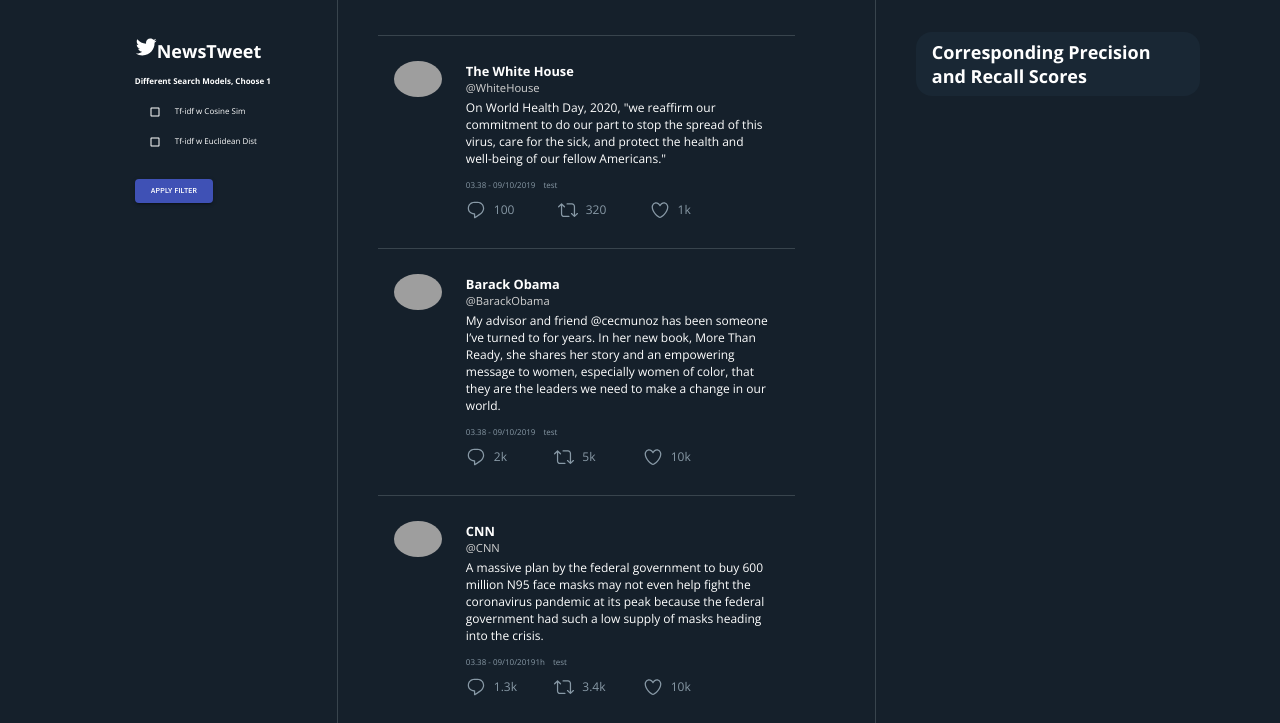
Repository: Dustyik/TwitterAIproj
Page: / (app in FrontEnd/)
The author's editor kept a copy of each file at every save. The page is drawn from the files as they stood at one save, then again after the next save.
The browser window is 1280 px wide. The pictures show the whole page.
Pictures or frames that could not be fetched are drawn as grey boxes. The page's requests for data from a server got no answer. The project was rebuilt for these pictures with package versions that can differ from the ones it lists, and the page was loaded fresh each time. No one was signed in, and anything a server would have sent is missing. Also part of the build but not shown: FrontEnd/src/components/trending/Trend.js, FrontEnd/src/components/trending/TrendsList.js, FrontEnd/src/components/trending/FollowSuggestionCard.js, FrontEnd/src/styles/FollowList.css, FrontEnd/src/components/trending/FollowSuggestionsList.js, FrontEnd/src/components/StatusCard.js, FrontEnd/src/pages/Status.js, FrontEnd/src/components/profile/ProfileHead.js and 3 more.

Above is the page before, as saved 2021-08-03 00:30:47.

### FrontEnd/public/index.html
<!DOCTYPE html>
<html lang="en">

<head>
  <meta charset="utf-8" />
  <link rel="icon" href="%PUBLIC_URL%/favicon.ico" />
  <meta name="viewport" content="width=device-width, initial-scale=1" />
  <meta name="theme-color" content="#000000" />
  <meta name="description" content="Web site created using create-react-app" />
  <link rel="apple-touch-icon" href="%PUBLIC_URL%/logo192.png" />
  <link href="https://fonts.googleapis.com/css2?family=Open+Sans:wght@400;700&display=swap" rel="stylesheet">
  <!--
      manifest.json provides metadata used when your web app is installed on a
      user's mobile device or desktop. See https://developers.google.com/web/fundamentals/web-app-manifest/
    -->
  <link rel="manifest" href="%PUBLIC_URL%/manifest.json" />
  <!--
      Notice the use of %PUBLIC_URL% in the tags above.
      It will be replaced with the URL of the `public` folder during the build.
      Only files inside the `public` folder can be referenced from the HTML.

      Unlike "/favicon.ico" or "favicon.ico", "%PUBLIC_URL%/favicon.ico" will
      work correctly both with client-side routing and a non-root public URL.
      Learn how to configure a non-root public URL by running `npm run build`.
    -->
  <title>React App</title>
</head>

<body>
  <noscript>You need to enable JavaScript to run this app.</noscript>
  <div id="root"></div>
  <!--
      This HTML file is a template.
      If you open it directly in the browser, you will see an empty page.

      You can add webfonts, meta tags, or analytics to this file.
      The build step will place the bundled scripts into the <body> tag.

      To begin the development, run `npm start` or `yarn start`.
      To create a production bundle, use `npm run build` or `yarn build`.
    -->
</body>

</html>

### FrontEnd/src/App.js
import React from 'react';
import { BrowserRouter as Router, Route } from 'react-router-dom';
import './App.css';
import { Sidebar } from './components/Sidebar';
import { Home } from './pages/Home';
import { Trending } from './components/trending/Trending';
import { GlobalProvider } from './context/GlobalState';
import { Status } from './pages/Status';
import ScrollToTop from './utils/ScrollToTop';
import { Profile } from './pages/Profile';

function App() {
  return (
    <GlobalProvider >
      <Router >

        <ScrollToTop>
          <div className="App">
            <div className="side-nav">
              <Sidebar />
            </div>
            <div className="main trending">

              <Route exact path="/" component={Home} />
              { /*
              <Route exact path="/:id" component={Profile} />
              <Route exact path="/status/:id" component={Status} />
              */}


            </div>

            <div className="trending">
              <Trending />
            </div>
          </div>
        </ScrollToTop>

      </Router>
    </GlobalProvider>
  );
}

export default App;

### FrontEnd/src/App.css
:root {
    --body-bg        : rgb(21, 32, 43);
    --sky-blue       : rgba(29, 161, 242, 1.00);
    --light          : rgba(255, 255, 2555);
    --grey           : rgb(136, 153, 166);
    --border         : rgb(56, 68, 77);
    --thick-border   : rgb(37, 51, 65);
    --thick-border   : rgb(37, 51, 65);
    --card-background: rgb(25, 39, 52);
}

body {
    background-color: var(--body-bg);
    font-family     : 'Open Sans', sans-serif;
    padding         : 0;
    margin          : 0;
    color           : var(--light);
}

html {
    font-size: 8px;
}

::-webkit-input-placeholder {
    /* Chrome/Opera/Safari */
    font-size  : 2.5rem;
    color      : #9197a3;
    font-weight: 400;
}

::-moz-placeholder {
    /* Firefox 19+ */
    font-size  : 2.5rem;
    color      : #9197a3;
    font-weight: 400;
}

:-ms-input-placeholder {
    /* IE 10+ */
    font-size  : 2.5rem;
    color      : #9197a3;
    font-weight: 400;
}

:-moz-placeholder {
    /* Firefox 18- */
    font-size  : 2.5rem;
    color      : #9197a3;
    font-weight: 400;
}

.App {
    display              : grid;
    grid-template-columns: 2.5fr 4fr 3fr;
}

.side-nav {
    padding-left: 40%;
    padding-top : 3rem;
}

.side-nav svg {
    fill : var(--light);
    width: 2.75rem;
}

.side-nav svg:hover {
    fill: var(--sky-blue);
}

.side-nav-item {
    padding: 2rem 0;

}

.side-nav .side-nav-item .side-nav-text {
    font-size     : 2.25rem;
    font-weight   : 700;
    color         : var(--light);
    padding-left  : 3rem;
    vertical-align: bottom;
}

.avatar {
    display: inline;
}

.avatar img {
    border-radius: 50%;
}


/* helper classes */
.p-0 {
    padding: 0
}


.pl-0 {
    padding-left: 0
}

.p-1 {
    padding: 1rem;
}

.p-2 {
    padding: 2rem
}

.pr-0 {
    padding-right: 0
}

.pb-1 {
    padding-bottom: 1rem;
}

.m-0 {
    margin: 0
}

.mb-0 {
    margin-bottom: 0;
}

.text-center {
    text-align: center;
}

.w-100 {
    width: 100%;
}

.pl-1 {
    padding-left: 1rem;
}

.pr-1 {
    padding-right: 1rem;
}

ul {
    list-style: none;
}

.flex-align-center {
    display    : flex;
    align-items: center;
}

.flex-space-between {
    display        : flex;
    justify-content: space-between;
}

.inline-block {
    display: inline-block;

}


.btn {
    color      : var(--light);
    font-weight: 700;
    cursor     : pointer;
    border     : none;
    background : transparent;
}

.tweet-btn {
    border-radius   : 4rem;
    font-size       : 2rem;
    padding         : 1.5rem;
    background-color: var(--sky-blue);
    width           : 80%;
}

.follow-btn {
    border-radius: 3rem;
    font-size    : 2rem;
    padding      : 0.5rem;
    font-weight  : 700;
    color        : var(--sky-blue);
    border       : 1px solid var(--sky-blue);
}

.pointer {
    cursor: pointer;
}

.bold-dull-para {
    font-size: 1.75rem;
    color    : var(--grey);
}

a {
    text-decoration: none;
    color          : inherit;
}

h1 {
    font-size  : 2.25rem;
    font-weight: 700;
    color      : var(--light);
}

h2 {
    font-size  : 2rem;
    font-weight: 700;
    color      : var(--light);
}

input:focus {
    outline: none;
}

### FrontEnd/src/components/Sidebar.js
import React, {useState, useContext} from 'react';
import { Logo, HomeIcon, ExploreIcon, NotificationIcon, MessageIcon, BookmarkIcon, ListsIcon, MoreIcon } from '../images/svg/svgs';
import { SmallAvatar } from '../images/avatars';
import { Checkbox } from '@material-ui/core';
import { Button } from '@material-ui/core';
import * as API from "../apifunctions"
import { GlobalContext } from '../context/GlobalState'
import { uniqueNamesGenerator, Config, adjectives, colors, animals } from 'unique-names-generator';


const SEARCH_MODELS = ["Tf-idf w Cosine Sim", "Tf-idf w Euclidean Dist"]

export const Sidebar = () => {
    const profImageurl = 'https://pbs.twimg.com/profile_images/1247964769669136385/KVCROk2D_bigger.jpg';
    const [searchModelsLocalState, setSearchModelsLocalState] = useState([])

    const {setSearchModels, searchModels, title, removeAllTweets, addTweet} = useContext(GlobalContext);

    const checkBoxToggled = (event) => {
        const id = event.id
        const checkValue = event.checked

        if (checkValue){
            setSearchModels(id)
            setSearchModelsLocalState(id)
        }
    }

    const applyFilter = () => {
        API.applySearchFilters(searchModels, title.title, title.id).then(
            res => {
                const data = JSON.parse(res.data);
                removeAllTweets()
                console.log(data)


                const relevanceData = data.relevance
                const tweetData = data.text
                const tweetIdData = data.id
                const relatedArticlesData = data.related_article
                for (let i = 0; i < Object.keys(relevanceData).length; i++){
                    let pxSize = 140 + i*3
                    const newTweet = {
                        name: uniqueNamesGenerator({dictionaries: [adjectives, colors, animals]}),
                        tweet: tweetData[i],
                        relevance: relevanceData[i],
                        image: `https://placeimg.com/${pxSize}/${pxSize}/any`
                    }
                    addTweet(newTweet)
                }
            }
        )
    }

    const createCheckBoxes = () =>
        SEARCH_MODELS.map((e) => {

            return (
                <div>
                <Checkbox
                size = "medium"
                id = {e}
                onChange = {(e) => checkBoxToggled(e.target)}
                checked = {searchModelsLocalState == e}
                >
                </Checkbox>
                {e}

                </div>
            )
        }
    )


    const checkBoxes = createCheckBoxes()

    return (
        <div>
            <div className="side-nav-header">

                <h1>
                <Logo />
                    NewsTweet
                </h1>
            </div>
            <h4>
                Different Search Models,
                Choose 1
            </h4>



            {checkBoxes}

            <div>
                &nbsp;
            </div>
            <div>
                &nbsp;
            </div>

            <Button
                onClick = {applyFilter}
                variant="contained" color="primary">
                Apply Filter
            </Button>



        </div>
    )
}

### FrontEnd/src/components/trending/Trending.js
import React from 'react';
import '../../styles/Trending.css';
import { SearchIcon } from '../../images/svg/svgs'
import { TrendsList } from './TrendsList';
import { FollowSuggestionsList } from './FollowSuggestionsList';


export const Trending = () => {
    return (
        <>
            <div>

                <div className="trends-list m-0">
                    {/*
                    <TrendsList />
                    */}
                    <h1>
                    Corresponding Precision and Recall Scores
                    </h1>
                </div>
                {/*
                <div className="follow-list">
                    <FollowSuggestionsList />
                </div>
                */}
            </div>
        </>
    )
}

### FrontEnd/src/utils/ScrollToTop.js
import React, { useEffect, Fragment } from 'react';
import { withRouter } from 'react-router-dom';

function ScrollToTop({ history, children }) {
    useEffect(() => {
        const unlisten = history.listen(() => {
            window.scrollTo(0, 0);
        });
        return () => {
            unlisten();
        }
    }, []);

    return <Fragment>{children}</Fragment>;
}

export default withRouter(ScrollToTop);

### FrontEnd/src/images/avatars.js
import React from 'react'

export const SmallAvatar = ({ width, image }) => {
    return (
        <div className="avatar">
            <img width={width} src={image} alt="avatar" />
        </div>
    )
}

### FrontEnd/src/apifunctions.js
import axios from 'axios';

export const getTweets = () => {
    return axios.get("http://localhost:5000/getTweets")
}

export const applySearchFilters = (data, title, id) => {
    return axios.post("http://localhost:5000/applySearchModels", {
            data: data,
            queryTitle: title,
            articleId: id

        }
    )
}

### FrontEnd/src/styles/Main.css
/* main styles */
.main {
    border-left : 1px solid var(--border);
    border-right: 1px solid var(--border);
    ;
}

.home {
    padding-left : 2.5rem;
    border-bottom: 1px solid var(--border);
}

.new-tweet {
    padding              : 1rem;
    display              : grid;
    grid-template-columns: 1fr 9fr;
    border-bottom        : 1rem solid var(--thick-border);
}

.new-tweet .left,
.right {
    padding: 0 1rem;
}

.new-tweet input {
    padding    : 2rem 0;
    background : transparent;
    border     : none;
    color      : var(--light);
    font-size  : 2rem;
    font-weight: 700;
}

.new-tweet-options {
    padding-right  : 1rem;
    display        : flex;
    justify-content: space-between;
    align-items    : center;
}

.new-tweet .add-icons {
    margin-right: 1rem;
}

.new-tweet .add-icons svg {
    width  : 3rem;
    fill   : var(--sky-blue);
    padding: 1rem;
}

.new-tweet .add-icons svg:first-child {
    padding-left: 0;
}

### FrontEnd/src/components/TweetList.js
import React, { useContext } from 'react'
import TweetCard from './TweetCard'
import { GlobalContext } from '../context/GlobalState'

export const TweetList = () => {
    const { tweets } = useContext(GlobalContext);

    return (
        <>
            {tweets.map((tweet, index) => (<TweetCard key={index} tweet={tweet} />))}
        </>
    )
}

### FrontEnd/src/styles/Trending.css
.trending {
    padding: 1rem 10rem 1rem 5rem;
}

.trending .search-box {
    width     : 100%;
    background: transparent;

    background-color: var(--thick-border);
    border-radius   : 5rem;
    border          : none;
}

.trending .search-box svg {
    width       : 3rem;
    fill        : var(--grey);
    padding-left: 1rem;

}

.trending .search-box input {
    padding   : 1.5rem;
    font-size : 2rem;
    width     : 100%;
    background: transparent;
    border    : none;
    color     : var(--light);
}

.trends-list {
    background-color: var(--card-background);
    border-radius   : 2rem;
    margin-top      : 3rem;
}

.trends-list h1 {
    padding: 1rem 2rem;

}

.trends-for-you {
    padding-right: 1rem;
}

.trends-for-you svg {
    width: 3.5rem;
    fill : var(--sky-blue);
}

.trends-card {
    border-top   : 1px solid var(--border);
    border-bottom: 1px solid var(--border);
    padding      : 2rem;
}

.trends :last-child {
    border-bottom: none;
}

.trends-topic {
    font-size: 1.5rem;
    color    : var(--grey);
}

.trend-tweet-count {
    font-size: 1.75rem;
    color    : var(--grey);
}



.trending ::-webkit-input-placeholder {
    /* Chrome/Opera/Safari */
    font-size  : 2rem;
    color      : #9197a3;
    font-weight: 400;
}

.trending ::-moz-placeholder {
    /* Firefox 19+ */
    font-size  : 2rem;
    color      : #9197a3;
    font-weight: 400;
}

.trending :-ms-input-placeholder {
    /* IE 10+ */
    font-size  : 2rem;
    color      : #9197a3;
    font-weight: 400;
}

.trending :-moz-placeholder {
    /* Firefox 18- */
    font-size  : 2rem;
    color      : #9197a3;
    font-weight: 400;
}

### FrontEnd/src/context/AppReducer.js
const MAX = 30
const MIN = 0

export default (state, action) => {
    switch (action.type) {
        case 'DELETE_TRANSACTION':
            return {
                ...state,
                transactions: state.transactions.filter(transaction => transaction.id !== action.payload)
            }
        case 'ADD_TWEET':
            const newTweet = {
                user: {
                    name: action.payload.name,
                    image: action.payload.image,
                    handle: `@${action.payload.name}`,
                },
                tweet: {
                    content: action.payload.tweet,
                    image: null,
                    comments: Math.floor(Math.random()*(MAX-MIN)+MIN),
                    retweets: Math.floor(Math.random()*(MAX-MIN)+MIN),
                    likes: Math.floor(Math.random()*(MAX-MIN)+MIN),
                    relevance: action.payload.relevance
                }
            };
            return {
                ...state,
                tweets: [...state.tweets, newTweet]
            }

        case "SET_TWEETS":
            return {
            ...state,
            tweets: action.payload
        }

        case "SET_SEARCH_MODEL":
            return {
            ...state,
            searchModels: action.payload
        }

        case "REMOVE_ALL_TWEETS":
            return {
            ...state,
            tweets: []
        }


        default:
            return state
    }
}

### FrontEnd/src/components/TweetCard.js
import React, { Component } from 'react';
import '../styles/TweetCard.css';
import { SmallAvatar } from '../images/avatars'
import { TweetCommentIcon, TweetRetweetIcon, TweetLikeIcon, TweetSendIcon } from '../images/svg/svgs';
import { Link } from 'react-router-dom';

export default class TweetCard extends Component {
    tweet = this.props.tweet;
    profImageurl = 'https://pbs.twimg.com/profile_images/1247964769669136385/KVCROk2D_bigger.jpg';

    handleRouting = (e) => {
        // e.preventDefault();
        // debugger
        // this.props.history.push('data')
    }
    render() {
        return (
            <div className="tweet-card">
                <div className="left">
                    <SmallAvatar width="48" image={this.tweet.user.image} />
                </div>
                <div className="right">
                    <div className="tweet-card-head">
                        <span className="tweet-card-name" >{this.tweet.user.name}</span>
                    </div>
                    <span className="tweet-card-handle">{this.tweet.user.handle}</span>

                    <div className="tweet-card-body">

                    <div className="tweet-card-content">
                        <p className="m-0">{this.tweet.tweet.content}</p>
                    </div>

                    <span className="tweet-card-time">
                        03.38 - 09/10/2019{this.tweet.tweet.time}
                        <span className="tweet-card-shotoniphone">
                            test
                        </span>
                    </span>



                    <div className="tweet-card-footer">
                        <span className="flex-align-center"><TweetCommentIcon /> <span className="tweet-cars-icon">{this.tweet.tweet.comments}</span></span>
                        <span className="flex-align-center"><TweetRetweetIcon /><span className="tweet-cars-icon">{this.tweet.tweet.retweets}</span></span>
                        <span className="flex-align-center"><TweetLikeIcon /><span className="tweet-cars-icon">{this.tweet.tweet.likes}</span></span>
                        { /*<span className="flex-align-center"><TweetSendIcon /></span> */}
                        </div>
                    </div>
                </div>
            </div>
        )
    }
}

### FrontEnd/src/styles/StatusCard.css
.tweets {}

.status-card {
    /* padding              : 1rem;
    display                 : grid;
    grid-template-columns   : 1fr 9fr; */
    border-bottom           : 0.5px solid var(--border);
    border-top              : 0.5px solid var(--border);

}

.status-card .left,
.right {
    padding: 2rem;
}

.status-card .left {
    display    : flex;
    align-items: center;

}

.status-card .right {
    padding-top: 0;
}

.status-card .status-card-name {
    font-size    : 2rem;
    font-weight  : 700;
    padding-right: 1rem;
}

.status-card .status-card-handle,
.status-card-time {
    font-size: 1.5rem;
    color    : var(--grey);
}

.status-card .status-card-body .status-card-content p {
    font-size : 2.5rem;
    margin-top: .5rem;
}

.status-card .status-card-body .status-card-image {
    margin-top: 2rem;
}

.status-card .status-card-body .status-card-image img {
    width        : 100%;
    border-radius: 20px;
}

.status-card .status-card-footer {
    padding-right: 10rem;
    display      : flex;

    justify-content: space-around;
    padding-top    : 1rem;
    width          : 100%;
}

.status-card .status-card-footer svg {
    fill : var(--grey);
    width: 2.5rem;
}

.status-card .status-card-footer .tweet-cars-icon {
    line-height : 2;
    font-size   : 1.5rem;
    color       : var(--grey);
    padding-left: 1rem;
}

.status {
    display    : flex;
    align-items: center;
    padding    : 0 2rem;
    display    : flex;
    align-items: center;
}

.status h1 {
    display     : inline-block;
    padding-left: 1rem;
}

.status svg {
    width: 4rem;
    fill : var(--sky-blue);
}

### FrontEnd/src/styles/TweetCard.css


.tweet-card {
    padding              : 1rem;
    display              : grid;
    grid-template-columns: 1fr 9fr;
    border-top           : 0.5px solid var(--border);

}

.left{
    padding: 0 1rem;
    margin-top: 25px;
}

.tweet-card-shotoniphone{
    margin-left: 1rem;
}

.tweet-card-time {
    display:inline-block;
    padding-top: 1.5rem;
    font-size: 1rem;
    color    : var(--grey);
}

.tweet-card, .right {
    padding: 0 1rem;
    margin-top: 10px;
}

.tweet-card .tweet-card-head .tweet-card-name {
    font-size    : 1.6rem;
    padding-right: 1rem;
    font-weight: bold;
}

.tweet-card .tweet-card-head .tweet-card-name:hover {
    text-decoration: underline;
}

.tweet-card-handle {
    font-size    : 1.4rem;
    padding-right: 1rem;
    font-weight: lighter;
    color: lightgray;
}

.tweet-card .tweet-card-body .tweet-card-content p {
    font-size : 1.5rem;
    margin-top: .5rem;
}

.tweet-card .tweet-card-body .tweet-card-image {
    margin-top: 2rem;
}

.tweet-card .tweet-card-body .tweet-card-image img {
    width        : 100%;
    border-radius: 20px;
}

.tweet-card .tweet-card-footer {
    padding-right  : 10rem;
    display        : flex;
    justify-content: space-between;
    padding-top    : 1rem;
}

.tweet-card .tweet-card-footer svg {
    fill : var(--grey);
    width: 2.5rem;
}

.tweet-card .tweet-card-footer .tweet-cars-icon {
    line-height : 2;
    font-size   : 1.5REM;
    color       : var(--grey);
    padding-left: 1rem;
}

Loaded but not shown: FrontEnd/src/index.js (common file); FrontEnd/src/images/svg/svgs.js (66 lines, source omitted); FrontEnd/src/context/GlobalState.js (113 lines, source omitted); FrontEnd/src/pages/Home.js (92 lines, source omitted)

After the next save:
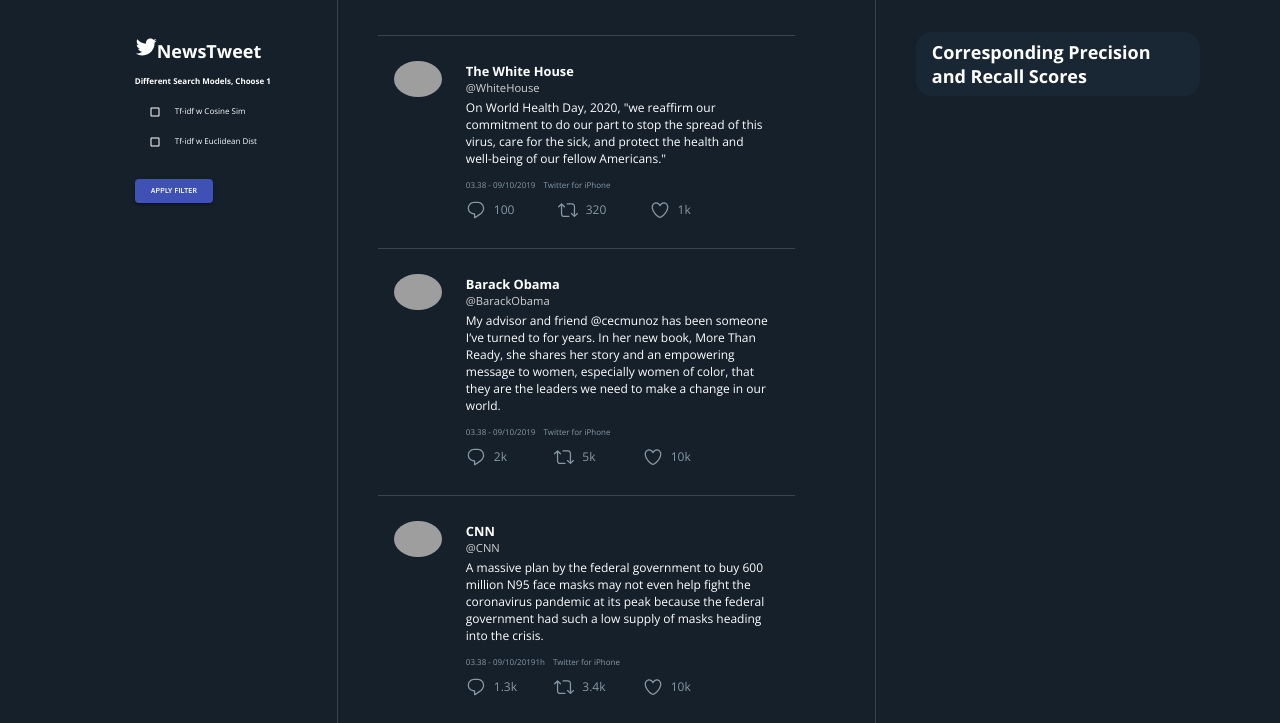
Saved 28 s later.
--- a/FrontEnd/src/components/TweetCard.js
+++ b/FrontEnd/src/components/TweetCard.js
@@ -34,7 +34,7 @@
                     <span className="tweet-card-time">
                         03.38 - 09/10/2019{this.tweet.tweet.time}
                         <span className="tweet-card-shotoniphone">
-                            test
+                            Twitter for iPhone
                         </span>
                     </span>
 
